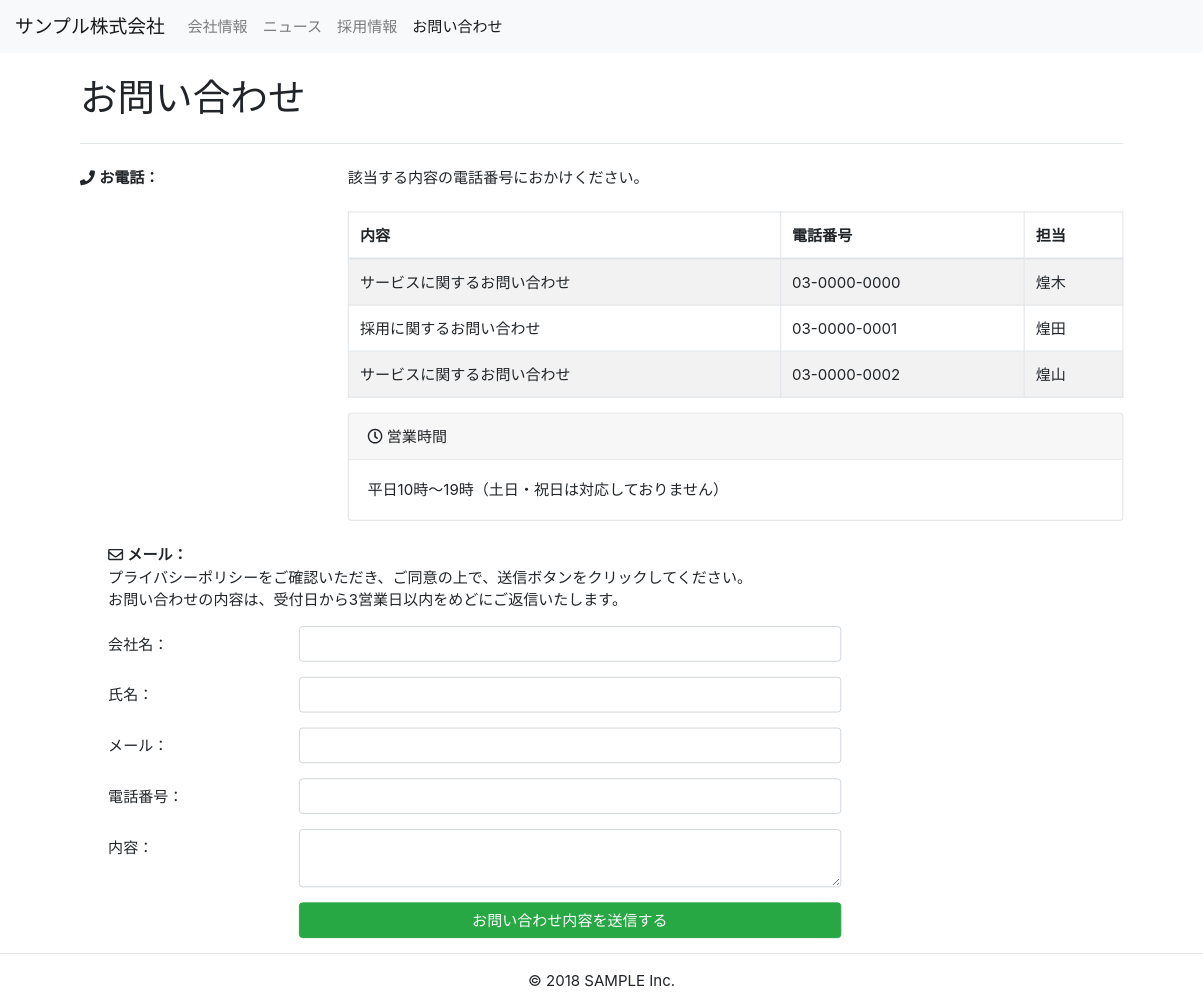
Repository: momoppii/checkii
Page: contact.html
The author's editor kept a record of every edit. The page is drawn from the files as they stood at one moment, then again after the next edit.
The browser window is 1280 px wide. The pictures show the whole page, at 94% of full size.

Above is the page before.

### contact.html
<!DOCTYPE html>
<html lang="ja">

<head>
    <meta charset="utf-8">
    <meta name="viewport" content="width=device-width, initial-scale=1, shrink-to-fit=no">

    <link rel="stylesheet" href="https://stackpath.bootstrapcdn.com/bootstrap/4.3.1/css/bootstrap.min.css">

    <title>お問い合わせ | サンプル株式会社</title>
</head>

<body>
    <header>
        <!-- 576px以上の画面幅のとき、メニューを表示する（それ未満なら折りたたむ）指定を追加 -->
        <nav class="navbar navbar-expand-sm navbar-light bg-light">
            <!-- 画面左上に表示するサイト名のリンクとして適切な表示をするための指定を追加 -->
            <a href="#" class="navbar-brand">サンプル株式会社</a>

            <button type="button" class="navbar-toggler" data-toggle="collapse" data-target="#nav-bar">
                <span class="navbar-toggler-icon"></span>
            </button>

            <div class="collapse navbar-collapse" id="nav-bar">
                <ul class="navbar-nav">
                    <li class="nav-item"><a href="#" class="nav-link">会社情報</a></li>
                    <li class="nav-item"><a href="#" class="nav-link">ニュース</a></li>
                    <li class="nav-item"><a href="#" class="nav-link">採用情報</a></li>
                    <!-- お問い合わせページを表示していることをわかりやすくする設定を追加 -->
                    <li class="nav-item"><a href="#" class="nav-link active">お問い合わせ</a></li>
                </ul>
            </div>
        </nav>
    </header>
    <div class="container">
        <h1 class="mt-4 pb-4 border-bottom">お問い合わせ</h1>

        <!-- グリッドを使うための指定を追加 -->
        <div class="mt-4 row">
            <!-- 576px以上の画面幅のとき、左側は3つ分のカラム幅で表示する指定を追加 -->
            <div class="col-sm-3">
                <!-- 電話に関するFont Awesomeのアイコンを追加 -->
                <i class="fas fa-phone"></i> <strong>お電話：</strong>
            </div>

            <!-- 576px以上の画面幅のとき、右側は9つ分のカラム幅で表示する指定を追加 -->
            <div class="col-sm-9">
                <p>該当する内容の電話番号におかけください。</p>
                <!-- テーブルの装飾を適用する指定を追加 -->
                <!-- さらにテーブルへ枠を追加する指定、行ごとの背景色が交互に変わる指定を追加 -->
                <table class="mt-4 table table-bordered table-striped">
                    <thead>
                        <tr>
                            <th>内容</th>
                            <th>電話番号</th>
                            <th>担当</th>
                        </tr>
                    </thead>
                    <tbody>
                        <tr>
                            <td>サービスに関するお問い合わせ</td>
                            <td>03-0000-0000</td>
                            <td>煌木</td>
                        </tr>
                        <tr>
                            <td>採用に関するお問い合わせ</td>
                            <td>03-0000-0001</td>
                            <td>煌田</td>
                        </tr>
                        <tr>
                            <td>サービスに関するお問い合わせ</td>
                            <td>03-0000-0002</td>
                            <td>煌山</td>
                        </tr>
                    </tbody>
                </table>

                <!-- カードの装飾を適用 -->
                <div class="mt-3 card">
                    <!-- カードのタイトル部分として設定 -->
                    <div class="card-header">
                        <!-- 時間に関するFont Awesomeのアイコンを追加 -->
                        <i class="far fa-clock"></i> 営業時間
                    </div>

                    <!-- カードの本文部分として設定 -->
                    <div class="card-body">
                        平日10時〜19時（土日・祝日は対応しておりません）
                    </div>
                </div>
            </div>
        </div>

        <!-- グリッドを使うための指定を追加 -->
        <div class="mt-4 container">
            <!-- 576px以上の画面幅のとき、左側は3つ分のカラム幅で表示する指定を追加 -->
            <div class="col-sm-3">
                <!-- メールに関するFont Awesomeのアイコンを追加 -->
                <i class="far fa-envelope"></i> <strong>メール：</strong>
            </div>

            <!-- 576px以上の画面幅のとき、右側は9つ分のカラム幅で表示する指定を追加 -->
            <div class="col-sm-9">
                <p>
                    プライバシーポリシーをご確認いただき、ご同意の上で、送信ボタンをクリックしてください。<br />
                    お問い合わせの内容は、受付日から3営業日以内をめどにご返信いたします。
                </p>
                <form action="complete.html">
                    <!-- ラベルとフォーム部品を並べるためにグリッドを使う指定を追加 -->
                    <div class="form-group row">
                        <!-- 576px以上の画面幅のとき、ラベルは3つ分のカラム幅で表示する指定を追加 -->
                        <label class="col-form-label col-sm-3">会社名：</label>

                        <!-- 576px以上の画面幅のとき、フォーム部品は9つ分のカラム幅で表示する指定を追加 -->
                        <div class="col-sm-9">
                            <input type="text" class="form-control" name="company">
                        </div>
                    </div>

                    <!-- ラベルとフォーム部品を並べるためにグリッドを使う指定を追加 -->
                    <div class="form-group row">
                        <!-- 576px以上の画面幅のとき、ラベルは3つ分のカラム幅で表示する指定を追加 -->
                        <label class="col-form-label col-sm-3">氏名：</label>

                        <!-- 576px以上の画面幅のとき、フォーム部品は9つ分のカラム幅で表示する指定を追加 -->
                        <div class="col-sm-9">
                            <input type="text" class="form-control" name="name">
                        </div>
                    </div>

                    <!-- ラベルとフォーム部品を並べるためにグリッドを使う指定を追加 -->
                    <div class="form-group row">
                        <!-- 576px以上の画面幅のとき、ラベルは3つ分のカラム幅で表示する指定を追加 -->
                        <label class="col-form-label col-sm-3">メール：</label>

                        <!-- 576px以上の画面幅のとき、フォーム部品は9つ分のカラム幅で表示する指定を追加 -->
                        <div class="col-sm-9">
                            <input type="text" class="form-control" name="mail">
                        </div>
                    </div>

                    <!-- ラベルとフォーム部品を並べるためにグリッドを使う指定を追加 -->
                    <div class="form-group row">
                        <!-- 576px以上の画面幅のとき、ラベルは3つ分のカラム幅で表示する指定を追加 -->
                        <label class="col-form-label col-sm-3">電話番号：</label>

                        <!-- 576px以上の画面幅のとき、フォーム部品は9つ分のカラム幅で表示する指定を追加 -->
                        <div class="col-sm-9">
                            <input type="text" class="form-control" name="tel">
                        </div>
                    </div>

                    <!-- ラベルとフォーム部品を並べるためにグリッドを使う指定を追加 -->
                    <div class="form-group row">
                        <!-- 576px以上の画面幅のとき、ラベルは3つ分のカラム幅で表示する指定を追加 -->
                        <label class="col-form-label col-sm-3">内容：</label>

                        <!-- 576px以上の画面幅のとき、フォーム部品は9つ分のカラム幅で表示する指定を追加 -->
                        <div class="col-sm-9">
                            <textarea class="form-control" name="content"></textarea>
                        </div>
                    </div>

                    <!-- ラベルとフォーム部品を並べるためにグリッドを使う指定を追加 -->
                    <div class="form-group row">
                        <!-- 576px以上の画面幅のとき、3つ分のカラム幅の隙間を表示する設定を追加 -->
                        <!-- さらに、576px以上の画面幅のとき、9つ分のカラム幅で送信ボタンの表示部分の設定を追加 -->
                        <div class="offset-sm-3 col-sm-9">
                            <!-- 送信ボタンを緑色にする設定を追加 -->
                            <!-- さらに、送信ボタンは、指定のカラム幅に対して100％の幅となる設定を追加 -->
                            <button type="submit" class="btn btn-success btn-block">お問い合わせ内容を送信する</button>
                        </div>
                    </div>
                </form>
            </div>
        </div>
    </div>
    <footer class="text-center pt-3 border-top">
        &copy; 2018 SAMPLE Inc.
    </footer>

    <script src="https://code.jquery.com/jquery-3.3.1.slim.min.js"></script>
    <script src="https://cdnjs.cloudflare.com/ajax/libs/popper.js/1.14.6/umd/popper.min.js"></script>
    <script src="https://stackpath.bootstrapcdn.com/bootstrap/4.3.1/js/bootstrap.min.js"></script>
    <script defer src="https://use.fontawesome.com/releases/v5.7.2/js/all.js"></script>
</body>

</html>

After the next edit:
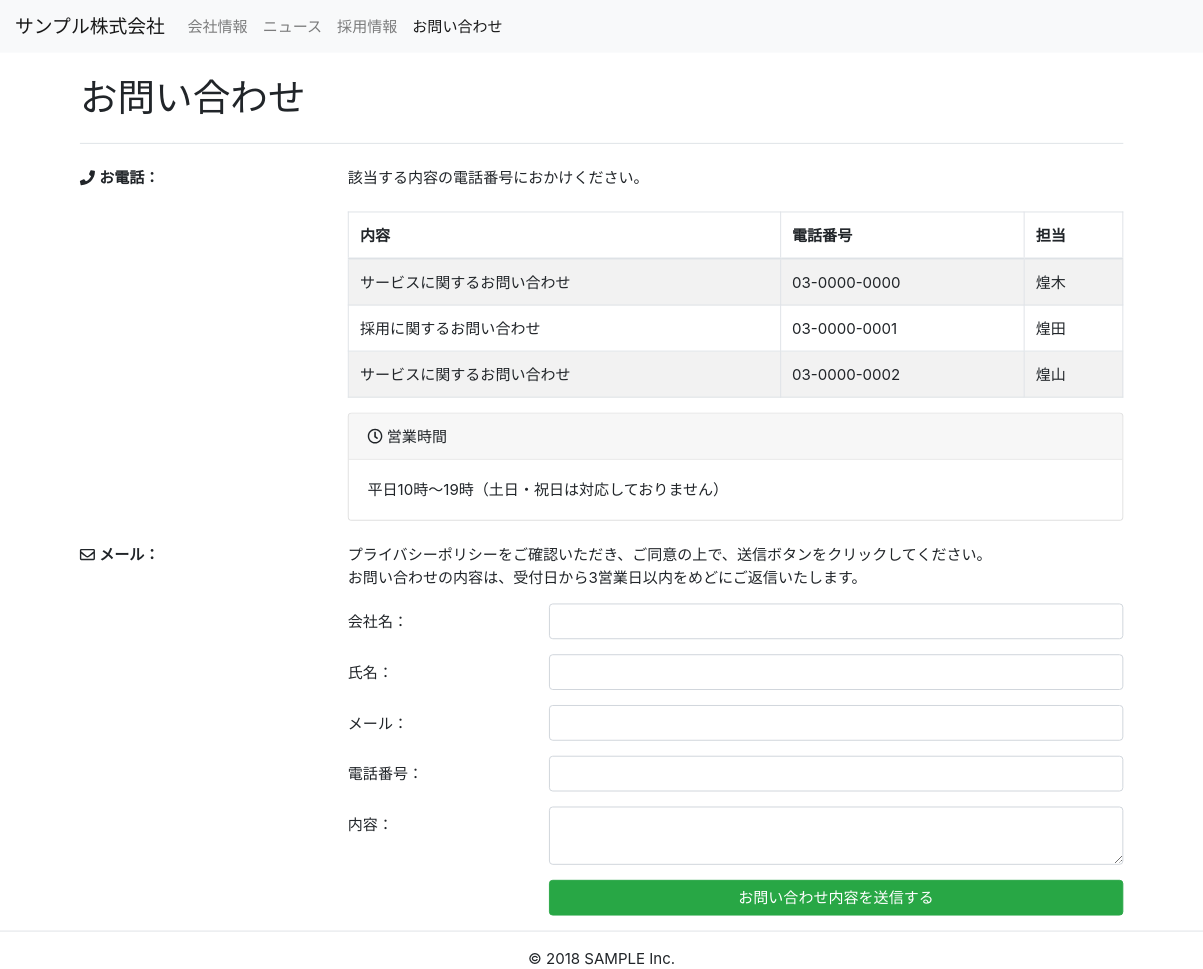
The edit:
--- a/contact.html
+++ b/contact.html
@@ -92,7 +92,7 @@
         </div>
 
         <!-- グリッドを使うための指定を追加 -->
-        <div class="mt-4 container">
+        <div class="mt-4 row">
             <!-- 576px以上の画面幅のとき、左側は3つ分のカラム幅で表示する指定を追加 -->
             <div class="col-sm-3">
                 <!-- メールに関するFont Awesomeのアイコンを追加 -->
